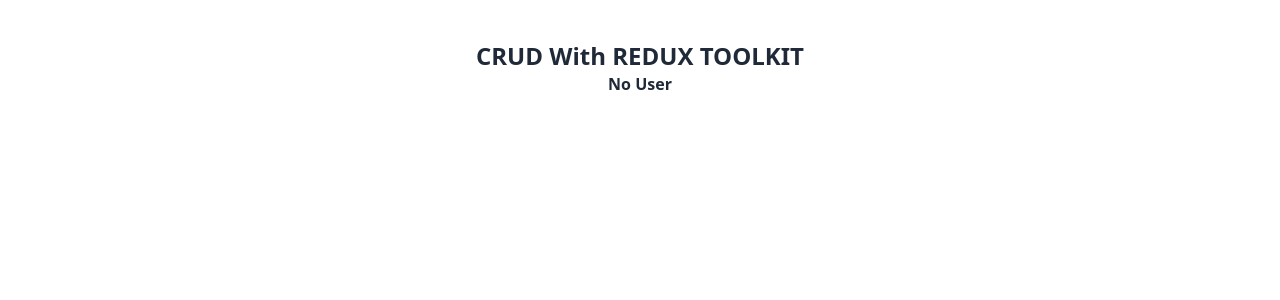
Repository: OmniaRafat232111121/Crud-reduxtoolkit
Page: /
The author's editor kept a copy of each file at every save. The page is drawn from the files as they stood at one save, then again after a run of saves.
The browser window is 1280 px wide. The pictures show the whole page.
The project was rebuilt for these pictures with package versions that can differ from the ones it lists, and the page was loaded fresh each time.

Above is the page before, as saved 2023-02-10 14:02:31.

### src/App.js
import React from 'react'
import UserList from './features/users/UserList'

const App = () => {
  return (
    <div className='container mx-auto px-2 pt-10 md:pt-10'>
    <h1 className='text-center font-bold text-2xl text-gray-800'>CRUD With REDUX TOOLKIT</h1>
          <UserList />
    </div>
  )
}

export default App

### src/features/users/UserList.jsx
import React from 'react'

const UserList = () => {
    const users = [];
    const renderUser = () => {
        <div>
            <h1>Users Here</h1>
        </div>
    }
  return (
      <div className='grid gap-5 md:grid-col-2'>
          {users.length > 1 ? renderUser() :
              <p className='text-center text-gray-800 font-semibold'>
                  No User

              </p>
          }

    </div>
  )
}

export default UserList

Loaded but not shown: public/index.html (common file); src/index.js (common file); src/index.css (common file); tailwind.config.js (common file)

After the next 3 saves:
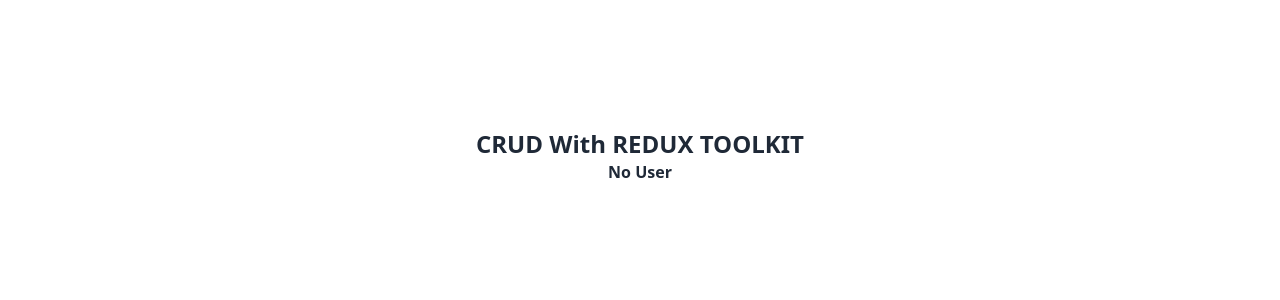
The 3 saves are shown as one change because they came seconds apart.
The last was saved 33 s later.
--- a/src/App.js
+++ b/src/App.js
@@ -3,7 +3,7 @@
 
 const App = () => {
   return (
-    <div className='container mx-auto px-2 pt-10 md:pt-10'>
+    <div className='container mx-auto px-2 pt-10 md:pt-32'>
     <h1 className='text-center font-bold text-2xl text-gray-800'>CRUD With REDUX TOOLKIT</h1>
           <UserList />
     </div>
